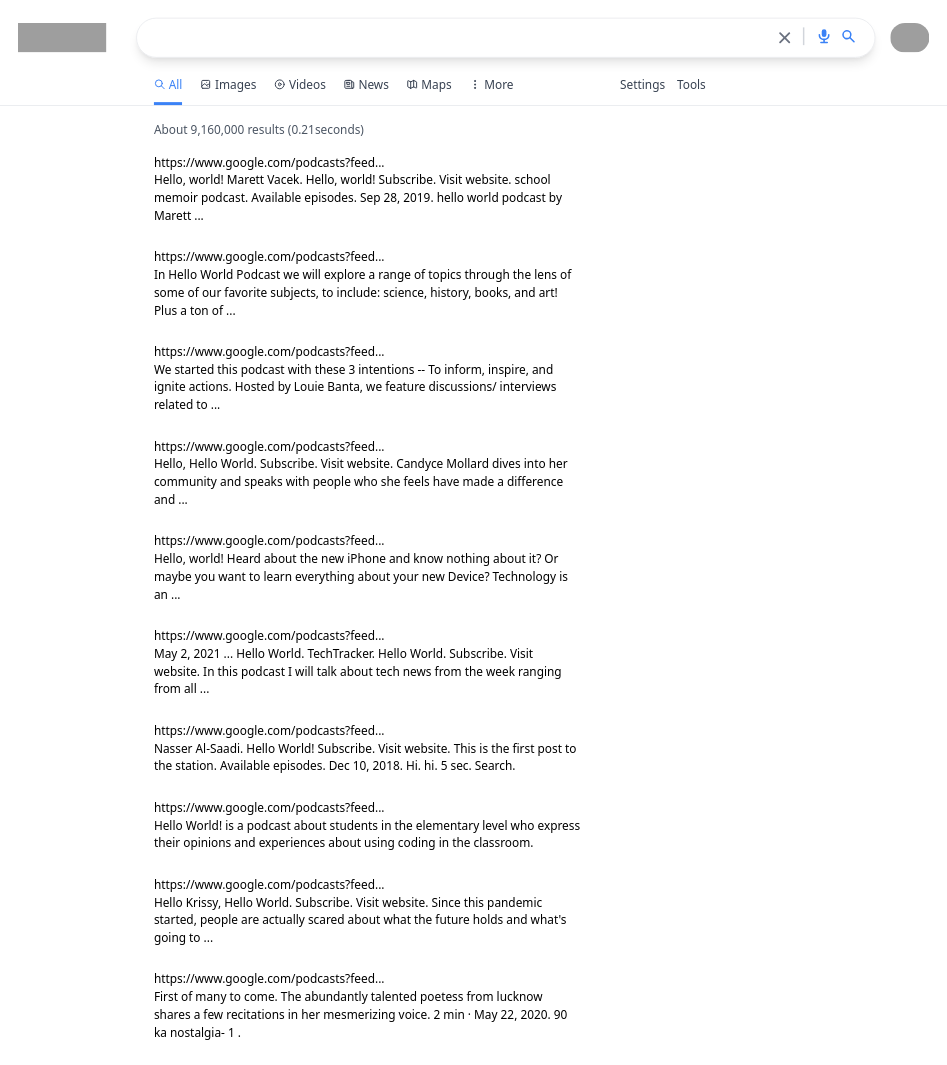
Repository: DecentraMindsCoin/google-search-clone
Page: /search
These files come from the project's save history. The page is drawn as it stood at one moment and after a run of saves; the edit follows.
The browser window is 1280 px wide. The pictures show the whole page, at 74% of full size.
Pictures or frames that could not be fetched are drawn as grey boxes. The project was rebuilt for these pictures with package versions that can differ from the ones it lists, and the page was loaded fresh each time. The framework's server and built-in components were replaced by stand-ins that run in the browser. Also part of the build but not shown: next.config.js, Response.js.

Above is the page before, as saved 2021-05-17 17:55:11.

After the next 4 saves:
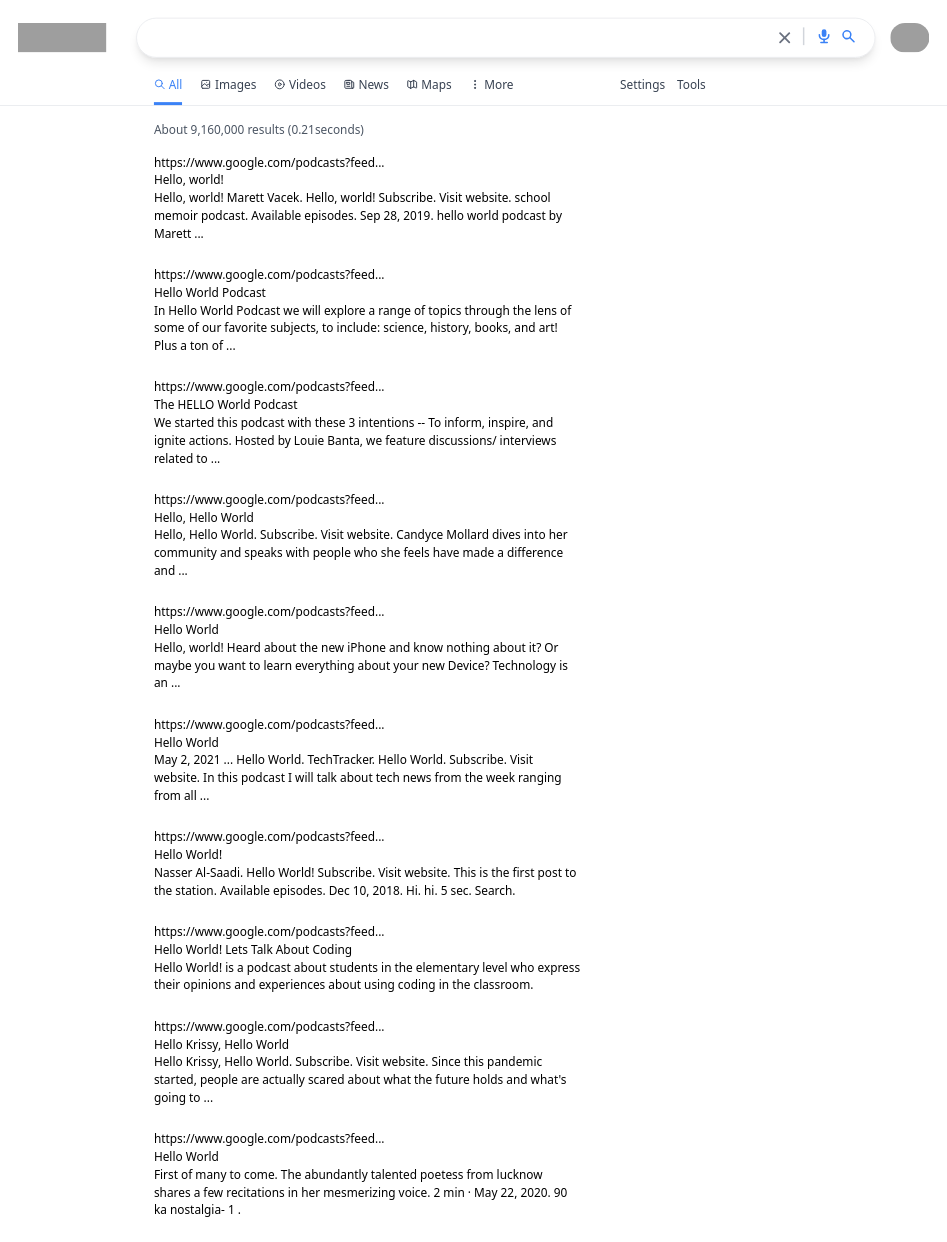
The 4 saves are shown as one change because 1 did not build or start and some came seconds apart.
The last was saved 24 s later.
--- a/components/SearchResults.js
+++ b/components/SearchResults.js
@@ -8,7 +8,9 @@
                <div>
                    <a href={result.link} className="text-sml">{result.formattedUrl}</a>
                    <a href={result.link}>
-                       <h2 className=""></h2>
+                       <h2 className="">
+                           {result.title}
+                       </h2>
                    </a>
                </div>
                <p>{result.snippet}</p>
